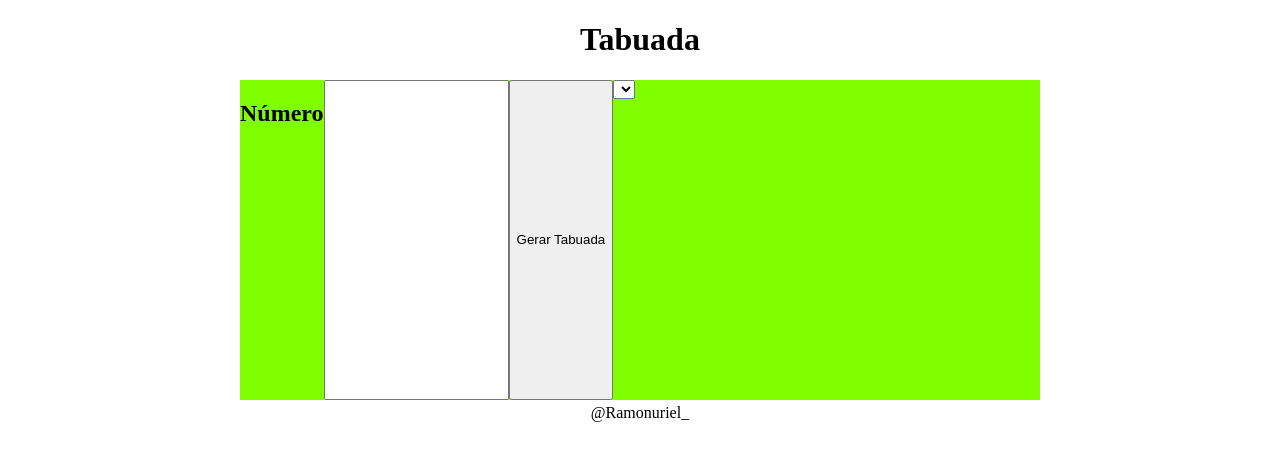
Repository: Ramonuriel/JS-Projetos
Page: Tabuada/tabuada.html
These files come from the project's save history. The page is drawn as it stood at one moment and after a run of saves; the edit follows.
The browser window is 1280 px wide. The pictures show the whole page.

Above is the page before, as saved 2023-01-04 15:17:32.

After the next 4 saves:
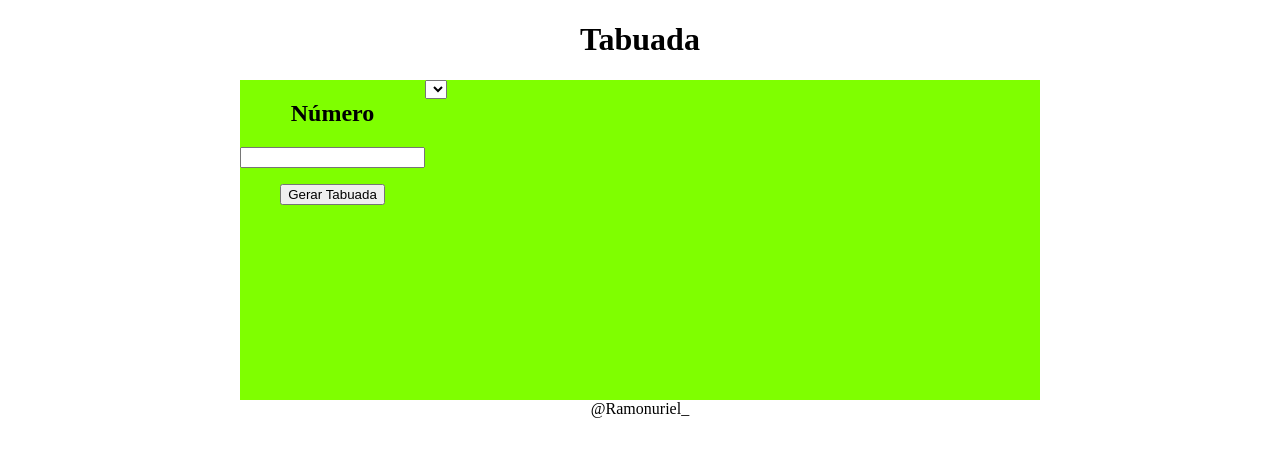
The 4 saves are shown as one change because they came seconds apart.
The last was saved 12 s later.
--- a/Tabuada/tabuada.html
+++ b/Tabuada/tabuada.html
@@ -13,12 +13,14 @@
 
   <h1>Tabuada</h1>
   <section class="corpo">
-    <section></section>
-    <p>
-    <h2>Número</h2>
-    <input type="number" name="" id="entrada">
-    </p>
-    <input type="button" value="Gerar Tabuada">
+    <section class="conteudo">
+
+      <p>
+        <h2>Número</h2>
+        <input type="number" name="" id="entrada">
+      </p>
+      <input type="button" value="Gerar Tabuada">
+    </section>
 
     <div class="resultado">
       <select name="" id="saida"></select>
